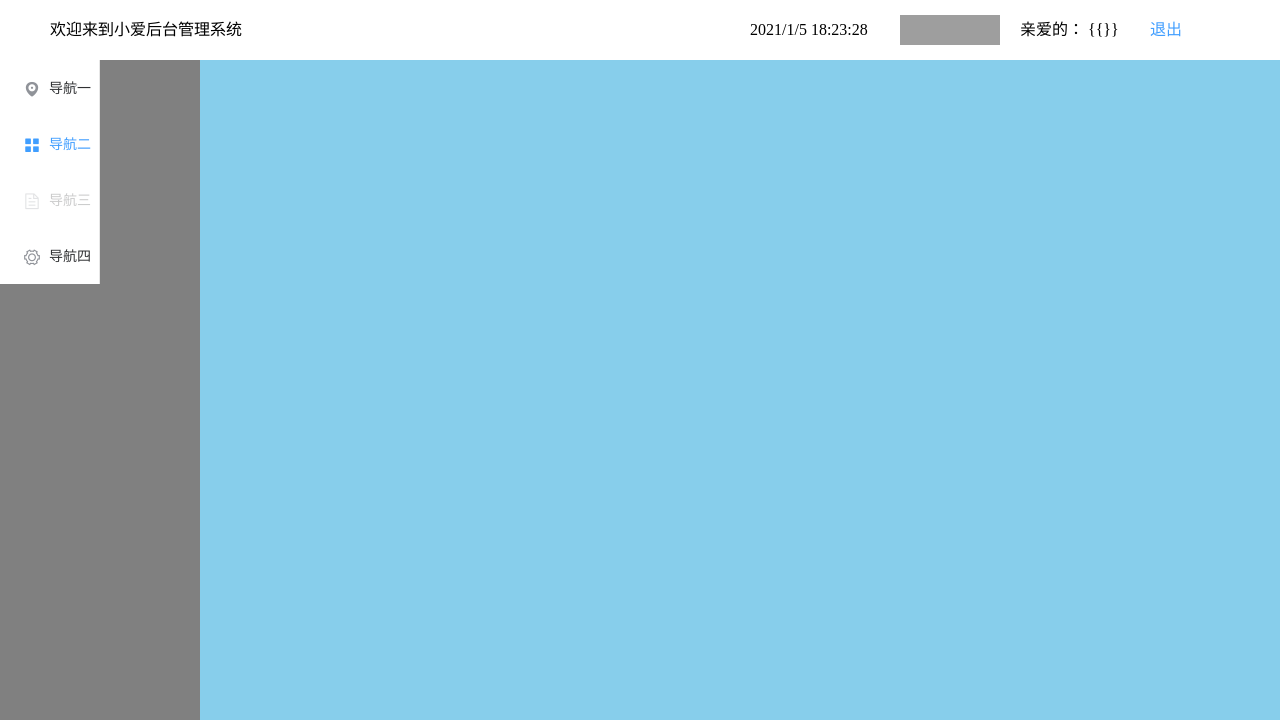
Repository: heyegang/vuex
Page: /
An editor plug-in stored every save of this project. The page is shown before and after the next save, followed by the edit.
The browser window is 1280 px wide. The pictures show the whole page.
Pictures or frames that could not be fetched are drawn as grey boxes. The project was rebuilt for these pictures with package versions that can differ from the ones it lists, and the page was loaded fresh each time. Also part of the build but not shown: vue.config.js.

Above is the page before, as saved 2021-01-06 14:13:31.

### src/main.js
import Vue from "vue";
import App from "./App.vue";
import router from "./router";
import store from "./store";
import ElementUI from "element-ui";
import "element-ui/lib/theme-chalk/index.css"

Vue.use(ElementUI)
Vue.config.productionTip = false;

new Vue({
  router,
  store,
  render: h => h(App)
}).$mount("#app");

### src/App.vue
<template>
  <div id="app">
    <router-view />
  </div>
</template>

<style lang="scss">
*{
  margin: 0;
  padding: 0;
}
html,body,#app{
  height: 100%;
}
</style>

### src/router/index.js
import Vue from "vue";
import VueRouter from "vue-router";
import Home from "../views/Home.vue";
import Layout from "../views/layout/Layout.vue";

Vue.use(VueRouter);

const routes = [{
   path:"",
  component:Layout,
  children:[{
    path: "/",
    name: "Home",
    component: Home
  },

  ]},
  {
    path: "/login",
    name: "login",
    component: () => import('../views/login/Login.vue')
  },
];

const router = new VueRouter({
  mode: "history",
  base: process.env.BASE_URL,
  routes
});

export default router;

### src/store/index.js
import Vue from "vue";
import Vuex from "vuex";
import user from "./user"

Vue.use(Vuex);

export default new Vuex.Store({
  state: {
    // 存放数据
  },
  mutations: {
    // 同步修改state
  },
  actions: {},
  modules: {
    // 代表模块
    user
  }
});

### src/views/Home.vue
<template>
  <div></div>
</template>

<script>
export default {
  name: '',
  props:{},
  data () {
    return {
    }
  },
  components: {},
  methods: {},
  mounted() {},
  computed: {},
  watch: {}
}
</script>

<style lang='scss' scoped>

</style>

### src/views/layout/Layout.vue
<template>
    <div>
        <el-container>
        <el-header>
            <nav-header></nav-header>
        </el-header>
        <el-container>
            <el-aside width="200px">
                <nav-sidebar></nav-sidebar>
            </el-aside>
            <el-main>
                <router-view></router-view>
            </el-main>
        </el-container>
        </el-container>
    </div>
</template>

<script>
import NavHeader from "../../components/navheader/NavHeader"
import NavSidebar from "../../components/navsidebar/NavSidebar"
export default {
  name: '',
  props:{},
  data () {
    return {
    }
  },
  components: {
      NavHeader,
      NavSidebar,
  },
  methods: {},
  mounted() {},
  computed: {},
  watch: {}
}
</script>

<style lang='scss' scoped>
  .el-header, .el-footer {
    line-height: 60px;
  }

  .el-aside {
    position: fixed;
    top: 60px;
    bottom: 0;
    background-color: gray;
  }

  .el-main {
    position: fixed;
    bottom: 0;
    right: 0;
    top: 60px;
    left: 200px;
    background-color: skyblue;


  }

  body > .el-container {
    margin-bottom: 40px;
  }

  .el-container:nth-child(5) .el-aside,
  .el-container:nth-child(6) .el-aside {
    line-height: 260px;
  }

  .el-container:nth-child(7) .el-aside {
    line-height: 320px;
  }
</style>

### src/store/user.js
import { Message } from "element-ui";
import api from '../http/api';
import router from '../router'

export default {
    namespaced:true,
    // 开启命名空间

    state: {
        // 存放数据
        users:[]
      },
      mutations: {
        // 同步修改state
        setUsers(state,data){
            state.user = data
        }
      },
      actions: {
        //   发请求
        // 所有的方法
        // 登录 每一个action的方法都有两个参数 第一个是store 第二个是请求的参数
        // store可以解构为commit dispatch(提交另外一个action)
        async login(_,params){
            let res = await api.login(params)
            if(res.meta.status === 200){
                // 请求成功 存用户 跳转路由 提示用户
                localStorage.setItem('user', JSON.stringify(res.data))
                localStorage.setItem('token', res.data.token)
                Message.success('登录成功')
                router.push('/')
            } else {
                Message.error(res.meta.msg)
            }
        },
        async getUsers({commit},params){
            let res = await api.getUsers(params)
            if(res.meta.status === 200) {
                commit('setUsers',res.data)
            }else {
                Message.error(res.meta.msg)
            }
        }
      },
}

### src/components/navheader/NavHeader.vue
<template>
  <div class="top">
      <div style="margin-left:30px;">
          欢迎来到小爱后台管理系统
      </div>
      <div class="box">
          {{times}}
      </div>
      <div class="weather">
          <div class="weather"><iframe scrolling="no" src="https://tianqiapi.com/api.php?style=yd&skin=pitaya" frameborder="0" width="100%" height="30" allowtransparency="true"></iframe></div>
    <!--获取天气-->
      </div>
      <div class="hello">
          亲爱的： {{}}
      </div>
      <div class="esc" @click="esc">
          退出
      </div>
  </div>
</template>

<script>
export default {
  name: '',
  props:{},
  data () {
    return {
      times:'',//格式化之后的当前时间
      currentTime: new Date() //当前时间
    }
  },
  components: {},
  methods: {
    getTimes(){
      setInterval(this.getTimesInterval, 1000);
    },
    getTimesInterval:function() {
      let _this = this;
      let year = new Date().getFullYear(); //获取当前时间的年份
      let month = new Date().getMonth() + 1; //获取当前时间的月份
      let day = new Date().getDate(); //获取当前时间的天数
      let hours = new Date().getHours(); //获取当前时间的小时
      let minutes = new Date().getMinutes(); //获取当前时间的分数
      let seconds = new Date().getSeconds(); //获取当前时间的秒数
      let hello = "";
      //当小于 10 的是时候，在前面加 0
      if (hours < 10) {
        hours = "0" + hours;
      }
      if (minutes < 10) {
        minutes = "0" + minutes;
      }
      if (seconds < 10) {
        seconds = "0" + seconds;
      }
      //一天中的时间
      if (hours > 6 && hours <13){
          hello = "上午";
      }
      if (hours > 13 && hours <18){
          hello = "下午";
      }
      if (hours > 18 && hours <24){
          hello = "晚上";
      }
      if (hours >0 && hours < 6){
          hello = "凌晨";
      }
      //拼接格式化当前时间
      _this.times = year + "/" + month + "/" + day + " " +hello+ hours + ":" + minutes + ":" + seconds;
    },
  },
  mounted() {
    this.getTimes()
  },
  computed: {},
  watch: {},
}
</script>

<style lang='scss' scoped>
.top{
    display: flex;
    position: relative;
    line-height: 60px;
}
.box{
    width: 160px;
    position: absolute;
    right: 350px;
}
.weather{
    width: 100px;
    position: absolute;
    right: 130px;
    top: 5px;
}
.hello{
    width: 100px;
    position: absolute;
    right: 140px;
}
.esc{
    width: 60px;
    position: absolute;
    right: 50px;
    color: #409EFF;
}
</style>

### src/components/navsidebar/NavSidebar.vue
<template>
  <div>
   <el-row class="tac">
  <el-col :span="12">
    <el-menu
      default-active="2"
      class="el-menu-vertical-demo"
      @open="handleOpen"
      @close="handleClose">
      <el-submenu index="1">
        <template slot="title">
          <i class="el-icon-location"></i>
          <span>导航一</span>
        </template>
        <el-menu-item-group>
          <template slot="title">分组一</template>
          <el-menu-item index="1-1">选项1</el-menu-item>
          <el-menu-item index="1-2">选项2</el-menu-item>
        </el-menu-item-group>
        <el-menu-item-group title="分组2">
          <el-menu-item index="1-3">选项3</el-menu-item>
        </el-menu-item-group>
        <el-submenu index="1-4">
          <template slot="title">选项4</template>
          <el-menu-item index="1-4-1">选项1</el-menu-item>
        </el-submenu>
      </el-submenu>
      <el-menu-item index="2">
        <i class="el-icon-menu"></i>
        <span slot="title">导航二</span>
      </el-menu-item>
      <el-menu-item index="3" disabled>
        <i class="el-icon-document"></i>
        <span slot="title">导航三</span>
      </el-menu-item>
      <el-menu-item index="4">
        <i class="el-icon-setting"></i>
        <span slot="title">导航四</span>
      </el-menu-item>
    </el-menu>
  </el-col>
  </el-row>
  </div>
</template>

<script>
export default {
  name: '',
  props:{},
  data () {
    return {
        index:1
    }
  },
  components: {},
  methods: {
       handleOpen(key, keyPath) {
        console.log(key, keyPath);
      },
      handleClose(key, keyPath) {
        console.log(key, keyPath);
      }
  },
  mounted() {},
  computed: {},
  watch: {}
}
</script>

<style lang='scss' scoped>

</style>

### src/http/api.js
import http from './index'

export default{
     login({username,password}){
        return http.post('/login',{
            username,
            password
        })
     },
     getUsers({pagenum,pagesize,query}){
         if(query){
             return http.get(`/users?pagenum=${pagenum}&pagesize=${pagesize}&query=${query}`)
         } else {
             return http.get(`/users?pagenum=${pagenum}&pagesize=${pagesize}`)
         }

     },
}

### src/http/index.js
import axios from 'axios'
import nprogress from 'nprogress'
import 'nprogress/nprogress.css'
import {Message} from 'element-ui'

// 需要区分当前环境是开发环境(development)还是生产环境(production)
let isPro = process.env.NODE_ENV === 'productin'

const http = axios.create({
    baseURL: isPro ? '线上接口路径':'/api',
    timeout:10000
})

// 请求拦截
http.interceptors.request.use(config =>{
    nprogress.start()
    // 配置token token是鉴权的一种方式
    // 在登陆成功后 会返回当前用户的token 存在本地
    // 可用（百度：js加密插件）加密插件加密token
    let token = localStorage.getItem('token')
    // 账号密码和token分开存
    if(token){
        config.headers.Authorization = token
    }
    return config
},err =>{
    nprogress.done()
    return Promise.reject(err)
})

// 响应拦截
http.interceptors.response.use(res => {
    nprogress.done()
    return res.data
},err => {

    // 请求失败
    let status = err.response && err.response.status
    // 状态码
    if (status === 400) {
        Message.error('参数错误')
    }
    if (status === 401) {
        Message.error('没有权限')
    }
    if (status === 403) {
        Message.error('登录过期')
    }
    if (status === 404) {
        Message.error('路径错误')
    }
    if (status === 500) {
        Message.error('服务器错误')
    }
    if (status === 403) {
        Message.error('服务器在维护')
    }
    return Promise.reject(err)
})


export default http

Loaded but not shown: public/index.html (common file)

After the next save:
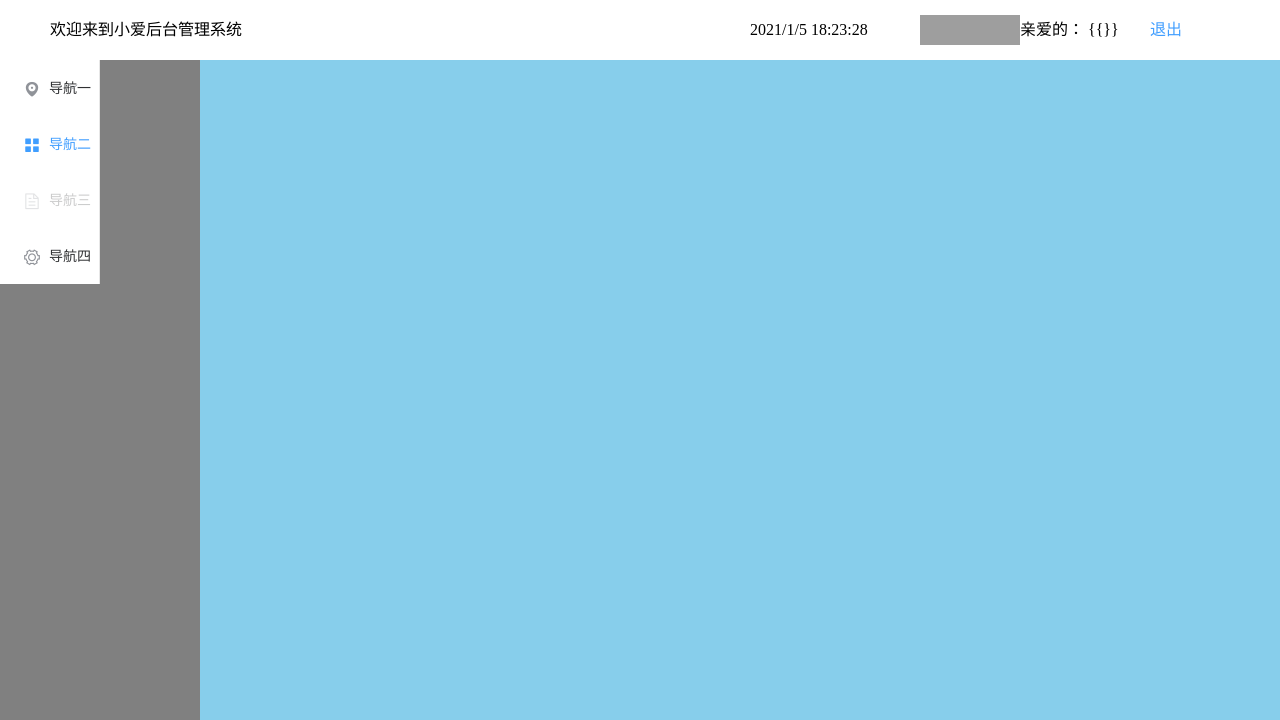
Saved 5 min 32 s later.
--- a/src/components/navheader/NavHeader.vue
+++ b/src/components/navheader/NavHeader.vue
@@ -92,7 +92,7 @@
 .weather{
     width: 100px;
     position: absolute;
-    right: 130px;
+    right: 120px;
     top: 5px;
 }
 .hello{

After the save that followed:
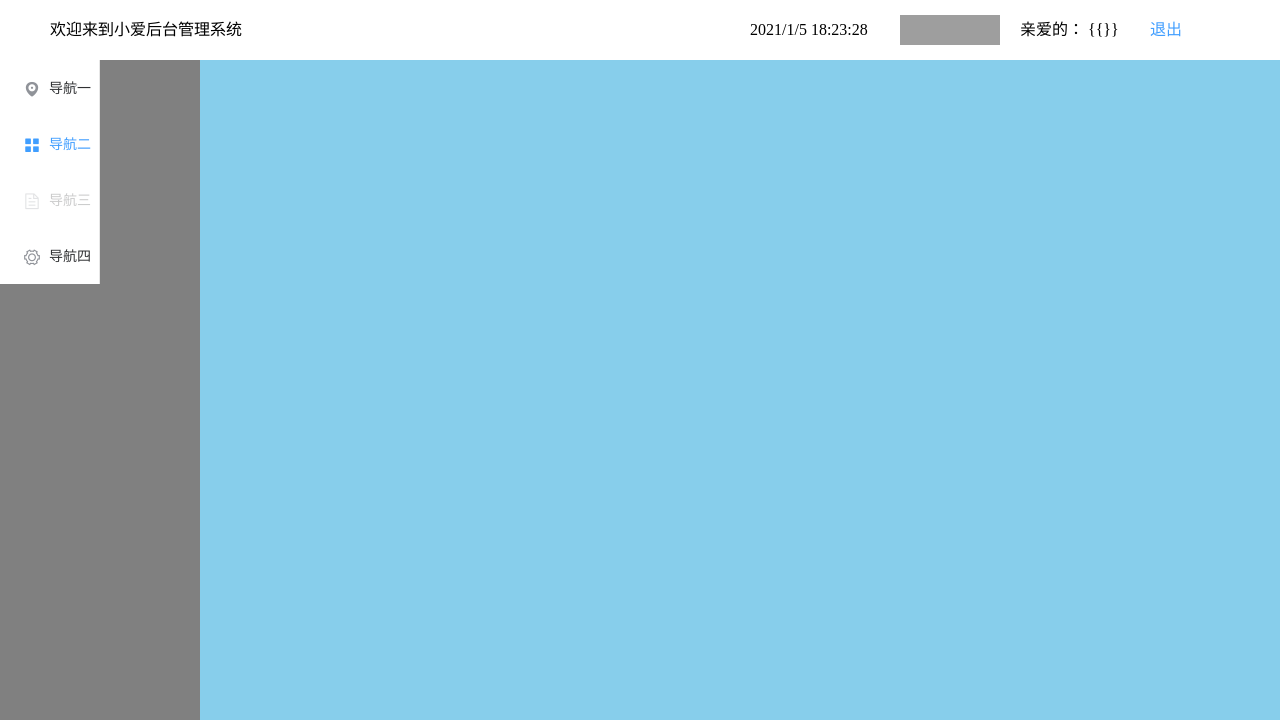
Saved 8 s later.
--- a/src/components/navheader/NavHeader.vue
+++ b/src/components/navheader/NavHeader.vue
@@ -92,7 +92,7 @@
 .weather{
     width: 100px;
     position: absolute;
-    right: 120px;
+    right: 130px;
     top: 5px;
 }
 .hello{
